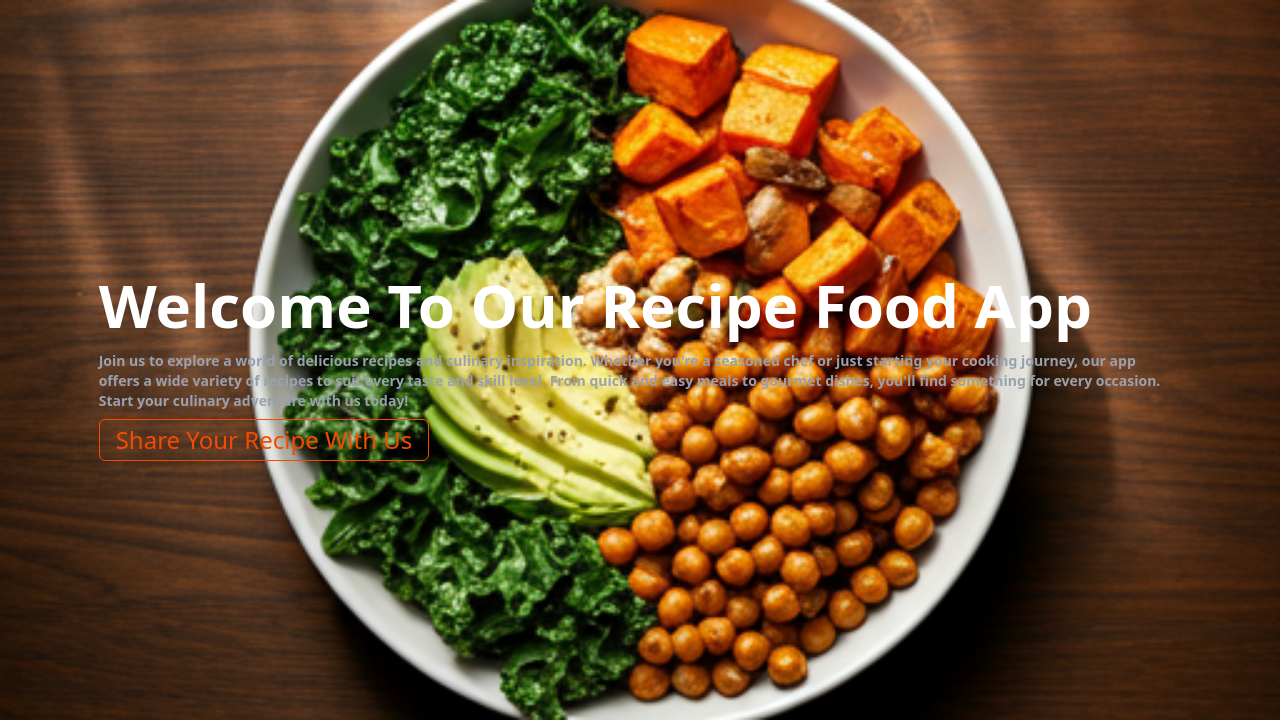
Repository: Eslam0Mohamed/mern-recipe-app
Page: / (app in FrontEnd/)
The author's editor kept a copy of each file at every save. The page is drawn from the files as they stood at one save, then again after a run of saves.
The browser window is 1280 px wide. The pictures show the whole page.
The project was rebuilt for these pictures with package versions that can differ from the ones it lists, and the page was loaded fresh each time. Also part of the build but not shown: FrontEnd/vite.config.js.

Above is the page before, as saved 2026-05-07 18:18:09.

After the next 2 saves:
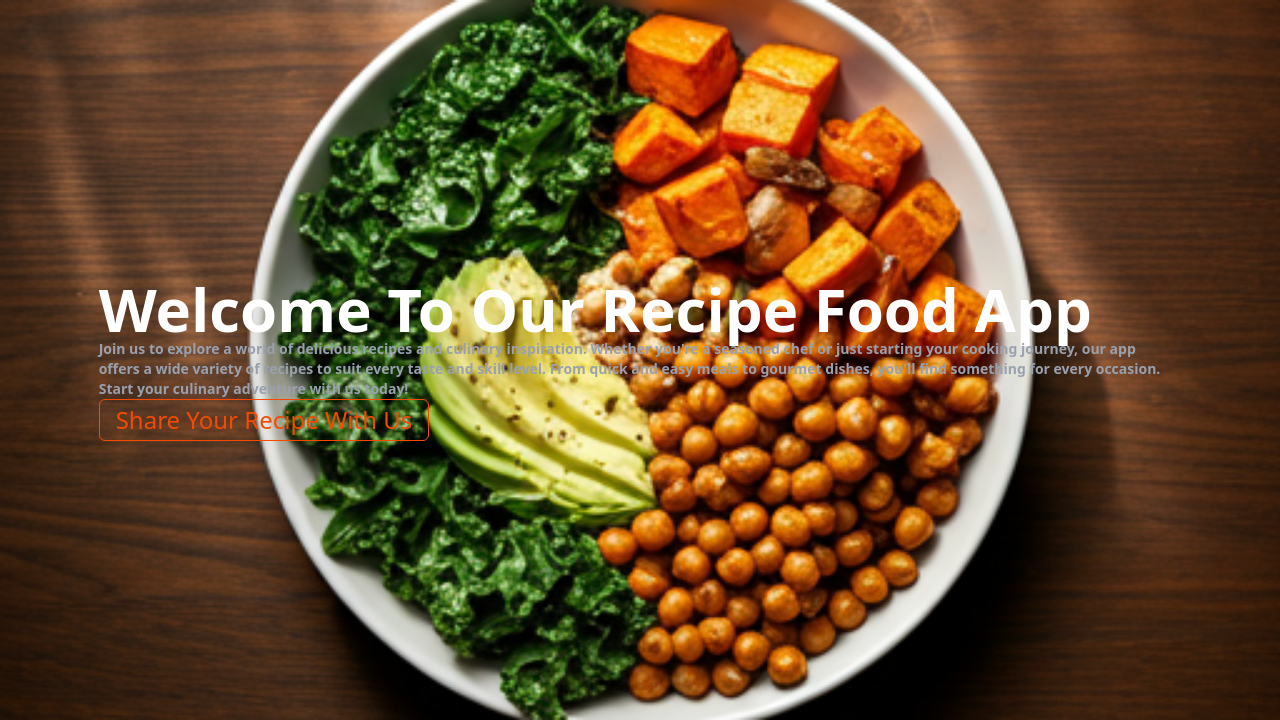
The 2 saves are shown as one change because they came seconds apart.
The last was saved 10 s later.
--- a/FrontEnd/src/pages/Home.jsx
+++ b/FrontEnd/src/pages/Home.jsx
@@ -4,8 +4,8 @@ function Home() {
   return (
     <section style={{backgroundImage:`url(${backgroundImage})`,}} className={`bg-cover bg-tertiary h-screen bg-center flex items-center justify-center gap-4`}>
       <div className='left container' >
-        <h1 className='text-white text-6xl font-semibold my-4'>Welcome To Our Recipe Food App</h1>
-        <p className='text-md text-gray-400 font-semibold text-sm my-2'> Join us to explore a world of delicious recipes and culinary inspiration. Whether you're a seasoned chef or just starting your cooking journey, our app offers a wide variety of recipes to suit every taste and skill level. From quick and easy meals to gourmet dishes, you'll find something for every occasion. Start your culinary adventure with us today!</p>
+        <h1 className='text-white text-6xl font-semibold'>Welcome To Our Recipe Food App</h1>
+        <p className='text-md text-gray-400 font-semibold text-sm'> Join us to explore a world of delicious recipes and culinary inspiration. Whether you're a seasoned chef or just starting your cooking journey, our app offers a wide variety of recipes to suit every taste and skill level. From quick and easy meals to gourmet dishes, you'll find something for every occasion. Start your culinary adventure with us today!</p>
       <button className='outline-none px-4 py-1  text-2xl border cursor-pointer border-orange-600 hover:bg-orange-600 hover:text-white transition-colors duration-150 rounded-md text-orange-600 '>Share Your Recipe With Us</button>
       </div>
       {/* <div className='right'>
